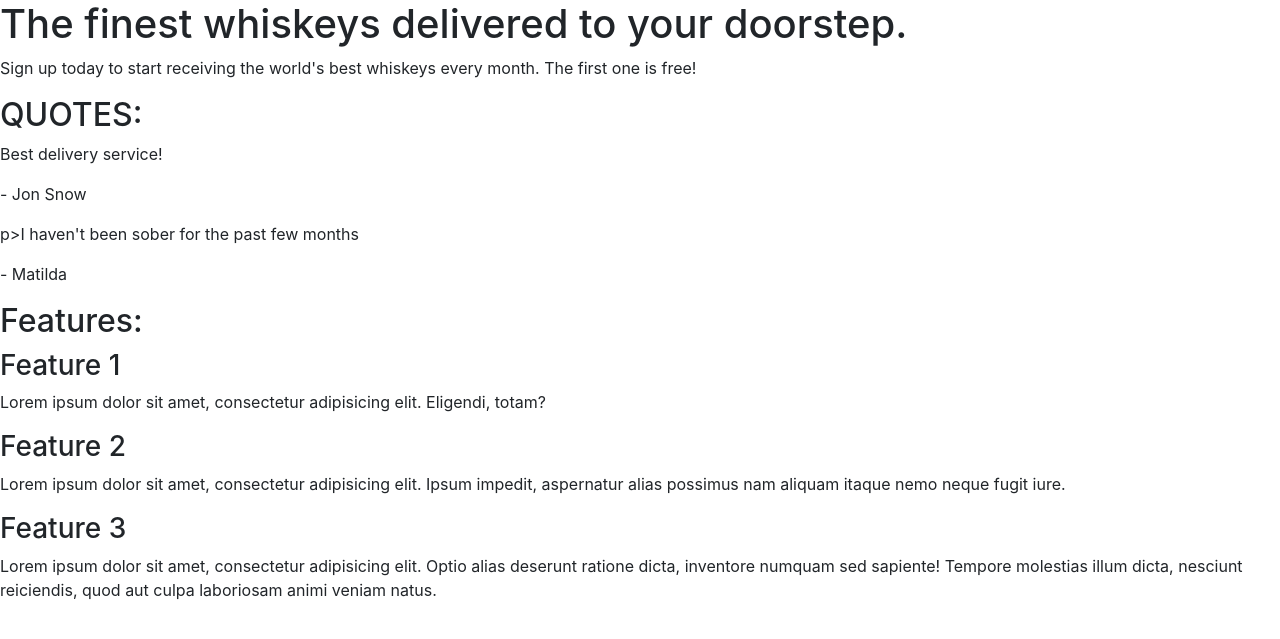
Repository: mkuti/Whiskey_website_using_Bootstrap
Page: index.html
The author's editor kept a record of every edit. The page is drawn from the files as they stood at one moment, then again after the next edit.
The browser window is 1280 px wide. The pictures show the whole page.

Above is the page before.
Console error: TypeError: Cannot read properties of undefined (reading 'fn')

After the next edit:
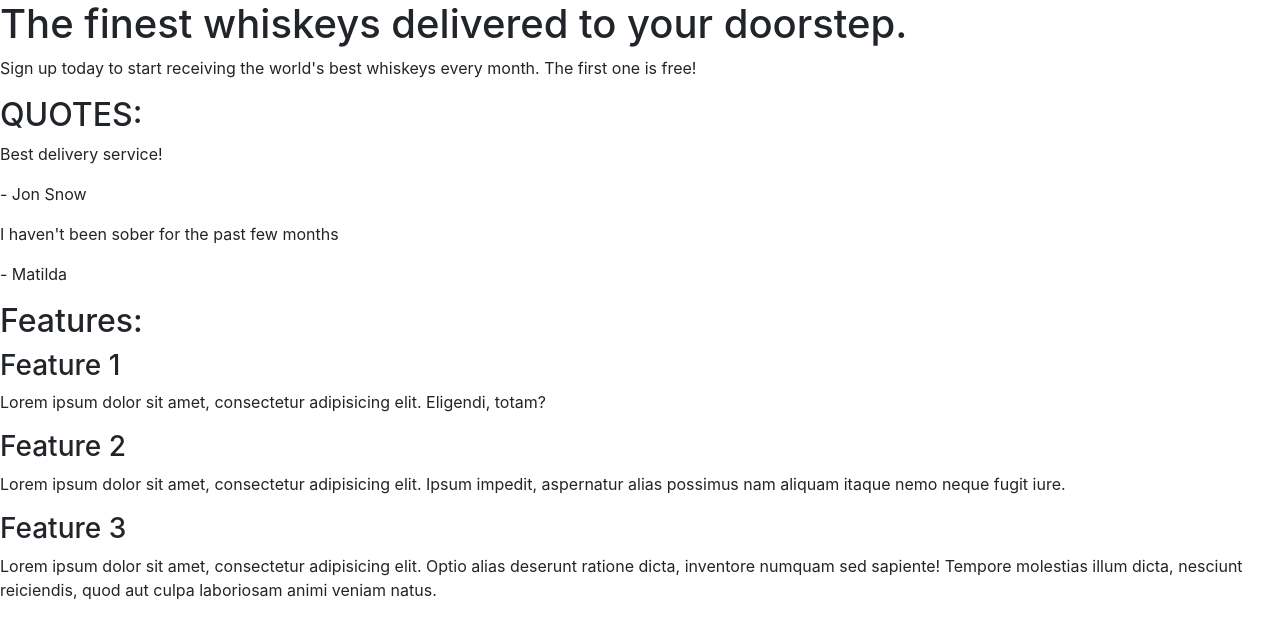
The edit:
--- a/index.html
+++ b/index.html
@@ -26,7 +26,7 @@
                 <p>- Jon Snow</p>
             </div>
             <div class="quote">
-                p>I haven't been sober for the past few months</p>
+                <p>I haven't been sober for the past few months</p>
                 <p>- Matilda</p>
             </div>
         </section>
